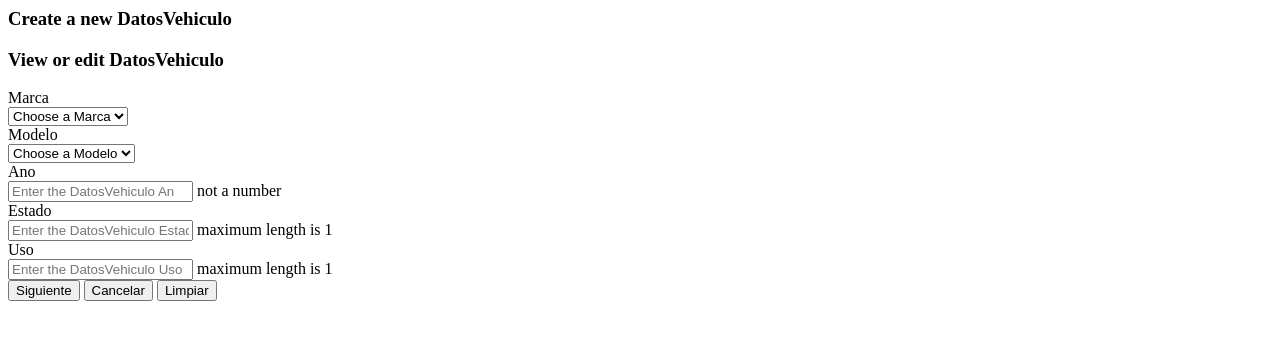
Repository: PabloRPalma/SistemaVentaSeguros
Page: Cotizador/src/main/webapp/views/DatosVehiculo/search.html
An editor plug-in stored every save of this project. The page is shown before and after the next save, followed by the edit.
The browser window is 1280 px wide. The pictures show the whole page.

Above is the page before, as saved 2021-02-05 11:42:12.

### Cotizador/src/main/webapp/views/DatosVehiculo/search.html
<header ng-switch on="$location.path().indexOf('/DatosVehiculos/new') > -1">
    <h3 ng-switch-when="true">Create a new DatosVehiculo</h3>
    <h3 ng-switch-when="false">View or edit DatosVehiculo</h3>
</header>
<form id="DatosVehiculoForm" name="DatosVehiculoForm" class="form-horizontal" role="form">

    <div class="form-group" ng-class="{'has-error': DatosVehiculoForm.marca.$invalid}">
        <label for="marca" class="col-sm-2 control-label">Marca</label>
        <div id="marcaControls" class="col-sm-10">
        <select id="marca" name="marca" class="form-control" ng-model="marcaSelection" ng-options="m.text for m in marcaSelectionList"  >
            <option value="">Choose a Marca</option>
        </select>
        </div>
    </div>

    <div class="form-group" ng-class="{'has-error': DatosVehiculoForm.modelo.$invalid}">
        <label for="modelo" class="col-sm-2 control-label">Modelo</label>
        <div id="modeloControls" class="col-sm-10">
        <select id="modelo" name="modelo" class="form-control" ng-model="modeloSelection" ng-options="m.text for m in DatosVehiculoForm.marca.modelos"  >
            <option value="">Choose a Modelo</option>
        </select>
        </div>
    </div>

    <div class="form-group" ng-class="{'has-error': DatosVehiculoForm.ano.$invalid}">
        <label for="ano" class="col-sm-2 control-label">Ano</label>
        <div id="anoControls" class="col-sm-10">
            <input id="ano" name="ano" type="number" class="form-control" ng-model="datosVehiculo.ano" placeholder="Enter the DatosVehiculo Ano"></input>
            <span class="help-block error" ng-show="DatosVehiculoForm.ano.$error.number">not a number</span>
        </div>
    </div>

    <div class="form-group" ng-class="{'has-error': DatosVehiculoForm.estado.$invalid}">
        <label for="estado" class="col-sm-2 control-label">Estado</label>
        <div id="estadoControls" class="col-sm-10">
            <input id="estado" name="estado" type="text" ng-maxlength="1" class="form-control" ng-model="datosVehiculo.estado" placeholder="Enter the DatosVehiculo Estado"></input>
            <span class="help-block error" ng-show="DatosVehiculoForm.estado.$error.maxlength">maximum length is 1</span>
        </div>
    </div>

    <div class="form-group" ng-class="{'has-error': DatosVehiculoForm.uso.$invalid}">
        <label for="uso" class="col-sm-2 control-label">Uso</label>
        <div id="usoControls" class="col-sm-10">
            <input id="uso" name="uso" type="text" ng-maxlength="1" class="form-control" ng-model="datosVehiculo.uso" placeholder="Enter the DatosVehiculo Uso"></input>
            <span class="help-block error" ng-show="DatosVehiculoForm.uso.$error.maxlength">maximum length is 1</span>
        </div>
    </div>




    <div class="form-group">
        <div class="col-sm-offset-2 col-sm-10">
            <button id="saveDatosVehiculo" name="saveDatosVehiculo" class="btn btn-primary" ng-disabled="isClean() || DatosVehiculoForm.$invalid" ng-click="save()"><span class="glyphicon glyphicon-ok-sign"></span> Siguiente</button>
            <button id="cancel" name="cancel" class="btn btn-default" ng-click="cancel()"><span class="glyphicon glyphicon-remove-sign"></span> Cancelar</button>
            <button id="deleteDatosVehiculo" name="deleteDatosVehiculo" class="btn btn-danger" ng-show="datosVehiculo.valorizacionId" ng-click="remove()"><span class="glyphicon glyphicon-trash"></span> Limpiar</button>
        </div>
    </div>
</form>

After the next save:
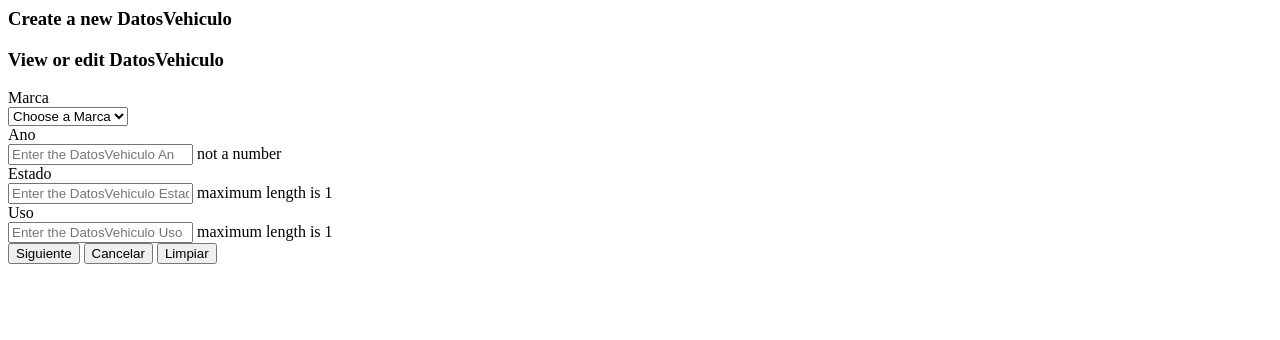
Saved 6 min 3 s later.
--- a/Cotizador/src/main/webapp/views/DatosVehiculo/search.html
+++ b/Cotizador/src/main/webapp/views/DatosVehiculo/search.html
@@ -13,14 +13,6 @@
         </div>
     </div>
 
-    <div class="form-group" ng-class="{'has-error': DatosVehiculoForm.modelo.$invalid}">
-        <label for="modelo" class="col-sm-2 control-label">Modelo</label>
-        <div id="modeloControls" class="col-sm-10">
-        <select id="modelo" name="modelo" class="form-control" ng-model="modeloSelection" ng-options="m.text for m in DatosVehiculoForm.marca.modelos"  >
-            <option value="">Choose a Modelo</option>
-        </select>
-        </div>
-    </div>
 
     <div class="form-group" ng-class="{'has-error': DatosVehiculoForm.ano.$invalid}">
         <label for="ano" class="col-sm-2 control-label">Ano</label>
